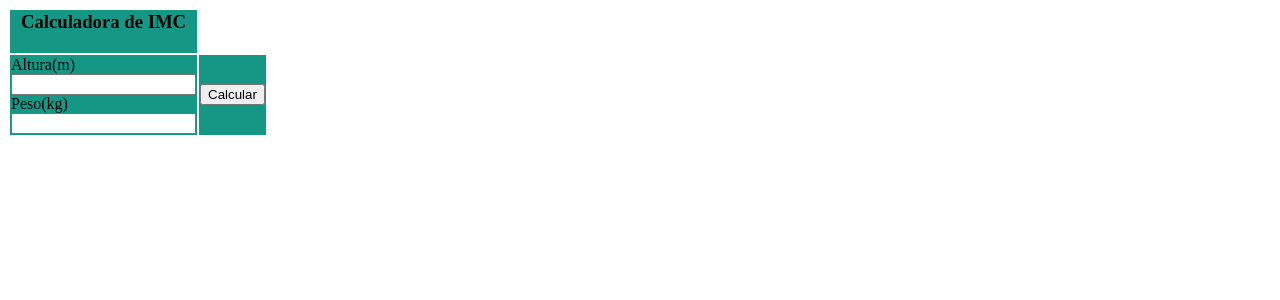
Repository: Patriciamativi/Projetos
Page: index.html
An editor plug-in stored every save of this project. The page is shown before and after a run of saves, followed by the edit.
The browser window is 1280 px wide. The pictures show the whole page.

Above is the page before, as saved 2022-11-21 14:29:07.

After the next 2 saves:
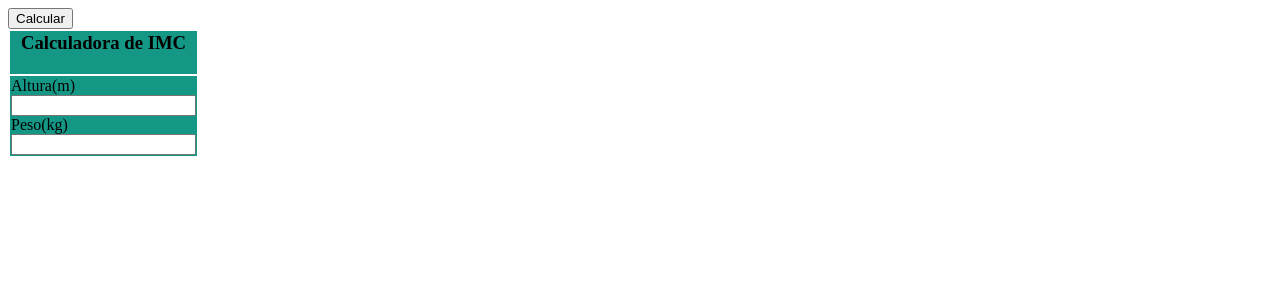
The 2 saves are shown as one change because they came seconds apart.
The last was saved 15 s later.
--- a/index.html
+++ b/index.html
@@ -24,7 +24,7 @@
             Peso(kg)<br/>
             <input type: "number" > </br></td>
 
-        <td><input type= "submit" value="Calcular"></td>
+        <input type= "submit" value="Calcular">
 
     </table>
 </body>
